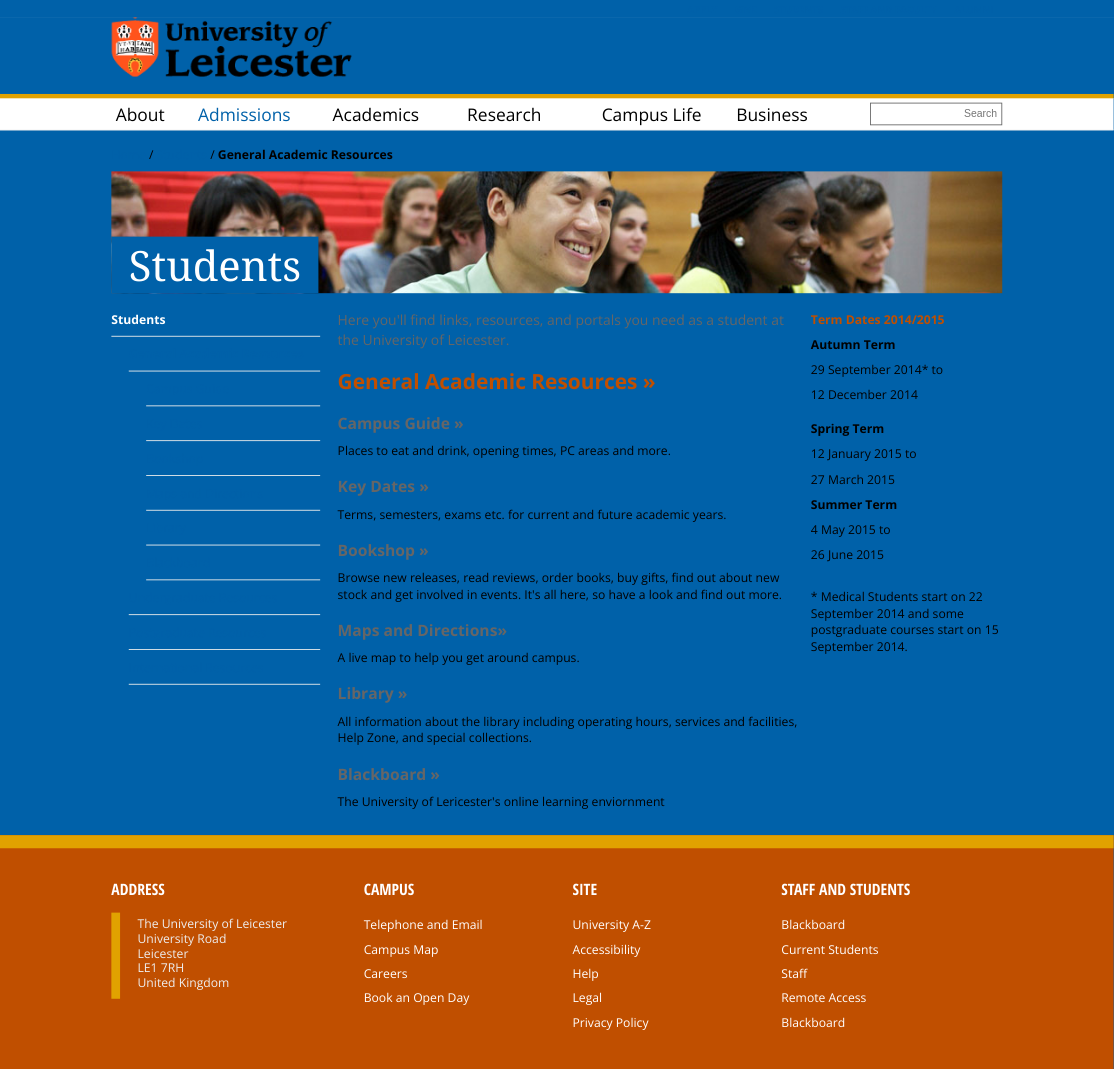
Repository: vqdo/leicester-redesign
Page: students.html
The author's editor kept a record of every edit. The page is drawn from the files as they stood at one moment, then again after the next edit.
The browser window is 1280 px wide. The pictures show the whole page, at 87% of full size.
Some web libraries are served in a nearby version.

Above is the page before.

### students.html
<!DOCTYPE html>

<html>
    <head>
        <meta charset="utf-8">
        <meta name="viewport" content="width=device-width,initial-scale=1.0">
        <title>University of Leicester</title>
        <link href='https://fonts.googleapis.com/css?family=Lora:300%7COpen+Sans+Condensed:700%7COpen+Sans:300,700' rel='stylesheet' type='text/css'>
        <link rel="stylesheet" type="text/css" href="css/master.css">
        <link rel="stylesheet" type="text/css" href="css/users.css">

        <!-- Scripts -->
        <script src="https://code.jquery.com/jquery-1.11.0.min.js"></script>
        <script src="https://code.jquery.com/ui/1.11.2/jquery-ui.min.js"></script>
    </head>
     <body>
        <header>
            <div class="logo-wrapper container">
                <a href="/"><h1 class="logo"><span>University of Leicester</span></h1></a>
            </div>

            <nav class="main-nav">
                <div class="main-nav-titles cf">
                    <div class="container">
                    <ul class="fl">
                        <li class="about-title"><a href="/">About</a></li>
                        <li><a class="active" href="/">Admissions</a></li>
                        <li><a href="/">Academics</a></li>
                        <li><a href="/">Research</a></li>
                        <li><a href="/">Campus Life</a></li>
                        <li><a href="/">Business</a></li>
                    </ul>
                    <!--<input class="searchbox-submit fr" type="submit" value="Go" />                    -->
                    <input class="searchbox fr" type="text" placeholder="Search" />
                    </div>
                </div>

                <div class="main-nav-dropdown">
                    <div class="container">
                        <div class="dropdown about-links">
                            <ul>
                                <li><a href="/">Facts</a></li>
                                <li><a href="/">Visit Us</a></li>
                            </ul>
                        </div>
                        <div class="dropdown admissions-links">
                            <ul>
                                <li><a href="/" color=blue>Undergraduate</a></li>
                                <li><a href="/">Masters</a></li>
                                <li><a href="/">PhD and Doctorate</a></li>
                                <li><a href="/">Distance Learning</a></li>
                                <li><a href="genresources.html">Tuition and Fees</a></li>
                                <li><a href="http://www2.le.ac.uk/study/open-days">Open Day Visits</a></li>
                            </ul>
                        </div>
                        <div class="dropdown academics-links">
                            <ul>
                                <li><a href="http://www2.le.ac.uk/study/ugp">Undergraduate Courses</a></li>
                                <li><a href="http://www2.le.ac.uk/study/postgrad">Postgraduate Courses</a></li>
                                <li><a href="http://www2.le.ac.uk/study/research">Research Degrees</a></li>
                                <li><a href="http://www.le.ac.uk/library">Library</a></li>

                            </ul>
                        </div>
                        <div class="dropdown research-links">
                            <ul>
                                <li><a href="http://www2.le.ac.uk/research/challenges">Global Challenges</a></li>
                                <li><a href="http://www2.le.ac.uk/research/with">Prospective Students</a></li>
                                <li><a href="http://www2.le.ac.uk/research/departmental">Departmental Research</a></li>
                                <li><a href="http://www2.le.ac.uk/research/current-research">Current Research</a></li>
                            </ul>
                        </div>
                        <div class="dropdown campuslife-links">
                            <ul>
                                <li><a href="/">Athletics & Orgs</a></li>
                                <li><a href="/">Dining & Housing</a></li>
                                <li><a href="/">Community</a></li>
                            </ul>
                        </div>
                         <div class="dropdown business-links">
                            <ul>
                                <li><a href="/">Leicester’s Expertise</a></li>
                                <li><a href="/">Consultancy and technical facilities</a></li>
                                <li><a href="/">Business collaborations</a></li>
                                <li><a href="/">Technology Transfer</a></li>
                                <li><a href="/">CPD: professional development and training</a></li>
                            </ul>
                        </div>
                    </div>
                </div>
            </nav>

            <nav class="user-type-nav">
                <ul class="container">
                    <!-- Put links in reverse order -->
                    <li class="link"><a href="/">Alumni</a></li>
                    <li class="link"><a href="/">Staff and Faculty</a></li>
                    <li class="link"><a href="genresources.html">Students</a></li>
                    <li class="link"><a href="/">Give</a></li>
                    <li class="link"><a href="/">Apply</a></li>
                </ul>
            </nav>
        </header>


        <!-- BEGIN CONTENT -->

        <div id="students" class="page-content">
            <div class="container cf">
                <div class="breadcrumbs"><a href="/">Home</a> / <a href="/">Students</a> / <strong>General Academic Resources</strong> </div>
                <h1><span class="page-title">Students</span></h1>
                <nav class="page-navigation">
                    <ul>
                        <li>
                            <h2 class="page-root-link"><a href="/">Students</a></h2>
                            <ul>
                                <li><a class="active" href="genresources.html">General Academic Resources</a></li>
                                    <ul>
                                        <li><a href="/">Campus Guide</a></li>
                                        <li><a href="/">Key Dates</a></li>
                                        <li><a href="/">Bookshop</a></li>
                                        <li><a href="/">Maps and Directions</a></li>
                                        <li><a href="/">Library</a></li>
                                        <li><a href="/">Blackboard</a></li>

                                    </ul>
                                <li><a href="ugresources.html">Undergraduate Resources</a></li>
                                <li><a href="pgresources.html">Postgraduate Resources</a></li>
                                <li><a href="/">International Resources</a></li>

                            </ul>
                        </li>
                    </ul>
                </nav>
                <div class="page-body">
                    <p class="intro">Here you'll find links, resources, and portals you need as a student at the University of Leicester.</p>
                    <h2><a href="students.html">General Academic Resources &raquo;</a></h2>
                    <h3><a href="/">Campus Guide &raquo;</a></h3>
                    <p>Places to eat and drink, opening times, PC areas and more.</p>

                    <h3><a href="/">Key Dates &raquo;</a></h3>
                        <p>Terms, semesters, exams etc. for current and future academic years.</p>

                    <h3><a href="/">Bookshop &raquo;</a></h3>
                        <p>Browse new releases, read reviews, order books, buy gifts, find out about new stock and get involved in events. It's all here, so have a look and find out more.</p>

                    <h3><a href="http://www.le.ac.uk/maps/">Maps and Directions&raquo;</a></h3>
                    <p>A live map to help you get around campus.</p>

                    <h3><a href="/">Library &raquo;</a></h3>

                    <p>All information about the library including operating hours, services and facilities, Help Zone, and special collections.</p>

                    <h3><a href="/">Blackboard &raquo;</a></h3>
                    <p>The University of Lericester's online learning enviornment</p>

                </div>
                <div class="page-sideinfo">
                    <div class="module">
                        <h2>Term Dates 2014/2015</h2>
                        <p><strong>Autumn Term</strong></p>
                        <p>29 September 2014* to
                        <p>12 December 2014</p></p>

                        <p><strong>Spring Term</strong></p>
                        <p>12 January 2015 to</p>
                        <p>27 March 2015</p>

                        <p><strong>Summer Term</strong></p>
                        <p>4 May 2015 to</p>
                        <p>26 June 2015</p>

                        <br><p>* Medical Students start on 22 September 2014 and some postgraduate courses start on 15 September 2014.</p>
                    </div>
                </div>
            </div>
        </div>

        <footer class="cf">
            <div class="container">
                <section class="footer-section large">
                    <h2>Address</h2>
                        <address>

                            The University of Leicester<br>
                            University Road<br>
                            Leicester<br>
                            LE1 7RH<br>
                            United Kingdom<br>
                        </address>
                </section>
                <section class="footer-section">
                    <h2>Campus</h2>
                    <ul>
                        <li><a href="http://www2.le.ac.uk/contact">Telephone and Email</a></li>
                        <li><a href="http://www2.le.ac.uk/maps">Campus Map</a></li>
                        <li><a href="http://www.le.ac.uk/help/access">Careers</a></li>
                        <li><a href="http://www2.le.ac.uk/study/open-days">Book an Open Day</a></li>
                    </ul>
                </section>
                <section class="footer-section">
                    <h2>Site</h2>
                    <ul>
                        <li><a href="http://www2.le.ac.uk/indexes">University A-Z</a></li>
                        <li><a href="http://www.le.ac.uk/help/access">Accessibility</a></li>
                        <li><a href="http://www.le.ac.uk/help">Help</a></li>
                        <li><a href="http://www.le.ac.uk/legal">Legal</a></li>
                        <li><a href="http://www.le.ac.uk/legal/privacy-policy">Privacy Policy</a></li>
                    </ul>
                </section>
                <section class="footer-section">
                    <h2>Staff and Students</h2>
                    <ul>
                        <li><a href="/">Blackboard</a></li>
                        <li><a href="/">Current Students</a></li>
                        <li><a href="/">Staff</a></li>
                        <li><a href="/">Remote Access</a></li>
                        <li><a href="/">Blackboard</a></li>
                    </ul>
                </section>
            </div>
        </footer>

        <script src="js/master.js"></script>
    </body>
</html>

### css/users.css
/************************************************************
 * Master css file for the University of Leicester redesign.
 * COGS 187A - Fall 2014
 * Victoria Do, Nancy Acosta, Tanya Zhang
 ************************************************************/

/**
 * CSS reset
 */
/* http://meyerweb.com/eric/tools/css/reset/
   v2.0 | 20110126
   License: none (public domain)
*/

html, body, div, span, applet, object, iframe,
h1, h2, h3, h4, h5, h6, p, blockquote, pre,
a, abbr, acronym, address, big, cite, code,
del, dfn, em, img, ins, kbd, q, s, samp,
small, strike, strong, sub, sup, tt, var,
b, u, i, center,
dl, dt, dd, ol, ul, li,
fieldset, form, label, legend,
table, caption, tbody, tfoot, thead, tr, th, td,
article, aside, canvas, details, embed,
figure, figcaption, footer, header, hgroup,
menu, nav, output, ruby, section, summary,
time, mark, audio, video {
	margin: 0;
	padding: 0;
	border: 0;
	font-size: 100%;
	font: inherit;
	vertical-align: baseline;
}
/* HTML5 display-role reset for older browsers */
article, aside, details, figcaption, figure,
footer, header, hgroup, menu, nav, section {
	display: block;
}
body {
	line-height: 1;
	font: 14px "Open Sans", Arial, sans-serif;

}
ol, ul {
	list-style: none;
}
strong {
    font-weight: bold;
}
blockquote, q {
	quotes: none;
}
blockquote:before, blockquote:after,
q:before, q:after {
	content: '';
	content: none;
}
table {
	border-collapse: collapse;
	border-spacing: 0;
}

/*********************** END RESET *************************/

/**
 * Inline / Text
 */

a {
    color:  #0061A9;
    text-decoration: none;
}
a:hover {
    text-decoration: underline;
}

/**
 * Structural / Block
 */
body {
    background: #0061A9;
}
header {
    margin: 0 0 60px 0;
}
.container {
    width: 100%;
    max-width: 1024px;
    margin: 0 auto;

}
.logo-wrapper {
    padding: 20px 0;
}
.logo {
    background: url('../img/logo-sprite.png');
    background-position: 0 205px;
    width: 276px;
    height: 68px;
}
.logo span {
    opacity: 0;
}

/**
 * Main Navigation
 */
 .searchbox {
     border: 1px solid #666;
     color: #666;
     padding: 2px 5px;
     width: 140px;
     height: 20px;
     font: normal 12px Arial, sans-serif;
     margin-top: 5px;
     text-align: right;
 }
 /*.searchbox-submit {*/
 /*    background: transparent;*/
 /*    color: #f6a04d;*/
 /*    border: 0;*/
 /*    font: bold 14px Arial, sans-serif;*/
 /*    line-height: 30px;*/
 /*}*/

.main-nav li, .user-type-nav li {
     display: inline-block;

 }
.main-nav {
    width: 100%;
    z-index: 10;
    position: absolute;
}
.main-nav-titles {
    background: #FFF /* #0061A9*/;
    background-clip: padding-box;
    border-top: 5px solid #E1A200;
    border-bottom: 1px solid #eee;
}
.main-nav-titles li {
    border-right: 1px solid rgba(255, 255, 255, 0.2);
    color: #FFF;
    /*font: normal 24px Lora, serif;*/
    height: 36px;
    text-align: left;
    width: 145px;
    padding: 0 0 0 5px;
    /*text-shadow: 0 0 1px rgba(0, 0, 0, 0.5);*/
}
.main-nav-titles a {
    color: #000;
    font-family: "Open Sans", Arial, sans-serif;
    font-size: 20px;
    line-height: 38px;
}
.main-nav-titles .active {
    color:  #0061A9;
}
.main-nav.expanded {
    margin: 0;
}
.main-nav.expanded .main-nav-titles {
    border-top: 5px #E1A200 solid;
    background: #FFF !important;
   /* border-bottom: 1px solid #CCC;*/
}
.main-nav.expanded .main-nav-titles a {
    color: #000 /*#f9423a*/ !important;
    text-shadow: none;
}
.main-nav.expanded .main-nav-titles li {
    border-right: 1px solid #eee;
}
.main-nav li:hover {
    /* TODO: main nav hover effect */
    text-decoration: underline;
}
/* adjust About column width */
.main-nav-titles .about-title {
    width: 85px;
    text-align: left;
}

/** Main navigation dropdown **/
.main-nav-dropdown {
    background: rgba(255, 255, 255, 0.9);
    box-shadow: 0 1px 2px rgba(0, 0, 0, 0.2);
    color: #333;
    display: none;
    height: 180px;
    width: 100%;
    overflow: hidden;
}
.main-nav-dropdown .container {
    height: 100%;
}
.main-nav-dropdown .dropdown {
    height: 100%;
    float: left;
    width: 134px;
    padding: 10px 10px;
}
.dropdown {
    border-right: 1px dotted #DDD;
    display: block;
    height: 100%;
}
.dropdown:last-child, .main-nav-titles li:last-child {
    border: none !important;

}
.main-nav-dropdown li {
    display: block;
    padding: 4px 0;
}
.main-nav-dropdown .about-links {
    width: 80px;
    padding: 10px 5px;
}
.main-nav-dropdown a {
    display: block;
    font: normal 12px Arial, sans-serif;
    width: 100%;
}

/*************************
 * User type navigation
 *************************/
.user-type-nav {
    position: absolute;
        top: 0;
    width: 100%;
    box-shadow: 0 0 1px rgba(255, 255, 255, 0.3);
}
.user-type-nav li {
    float: right;
    padding-right: 10px;
}
.user-type-nav li:first-child {
    padding-right: 0;
}
.user-type-nav li:hover {
    text-decoration: overline, underline;
}
.user-type-nav a {
    /*color: #FFF;*/
    text-transform: uppercase;
    font-size:11px;
    font-weight:bold;
    padding-right: 10px;


}
/*************************
 * Footer
 *************************/
 footer {
     background: #C04F00;
     border-top: 15px solid #e1a200;
     color: #FFF;
     padding: 20px 0 40px 0;
 }
 footer a {
     color: #FFF;
 }
 footer a:hover {
     text-decoration: underline;
 }
 footer address {
     border-left: 10px solid  #e1a200;
     font-size: 14px;
     line-height: 1.2;
     color: #EEE;
     padding: 5px 0 10px 20px;
     /*margin: 0 10px 20px 10px;*/
 }

 footer .address:hover {
     text-decoration: none;
 }
 footer section {
     color: #C04F00;
     font: 14px "Open Sans", Arial, sans-serif;
     float: left;
     line-height: 2;
     margin: 0 40px 0 0;
     width: 200px;
 }
 footer section.large {
     width: 250px;
 }
 footer h2 {
     /*border-bottom: 1px solid #004578;     */
     color: #FFF;
     font: 18px "Open Sans Condensed", Arial, sans-serif;
     padding: 5px 0;
     margin: 10px 0;
     text-transform: uppercase;
 }

/**
* Info page styles */
.breadcrumbs {
  /*margin: 10px 0;*/
}
.page-content {
    padding: 0 0 20px 0;
}
.page-content h1 {
  color: #FFF;
  font: normal 48px Lora, Georgia, sans-serif;
  width: 100%;
  height: 140px;
  margin: 10px 0;
  position: relative;
}
.page-title {
  background: #0061A9;
  padding: 0 20px;
  position: absolute;
      bottom: 0;
}
/***********************************
 * Side pages
 ***********************************/
.page-content p {
    padding: 0 0 10px 0;
}

/* Page Navigation */
.page-root-link a {
    color: #FFF;
    font-weight: bold;
}
.page-navigation {
  float: left;
  width: 240px;
  padding-right: 20px;
}
.page-navigation ul {
    padding: 0 0 0 20px;
}
.page-navigation ul:first-child {
    padding: 0;
}
.page-navigation li a {
    display: block;
    padding: 10px 0;
    border-bottom: 1px solid #EEE;
}
.page-navigation li a:hover {
    color: #C04F00;
}
.page-navigation a.active {
    font-weight: bold;
}

.page-navigation a:hover, p a:hover {
    text-decoration: underline;
}
/** Page body styles **/

.page-body {
  float: left;
  width: 530px;
}
.page-body h2, .page-body h3 {
    padding: 10px 0;
}
.page-body h2 {
    font: bold 24px "Open Sans", Arial, sans-serif;
}
.page-body h3 {
    font: bold 18px "Open Sans", Arial, sans-serif;

}
.page-body h2 a, .page-body h2 {
    color: #C04F00;
}
.page-body h3 a, .page-body h3 {
    color: #666;
}
.page-body .intro {
    padding-top: 10px;
    color: #666;
    font-size: 16px;
}

/**
 * Right sidebar information */

.page-sideinfo {
  float: right;
  width: 220px;
}
.page-sideinfo .module h2 {
    color: #C04F00;
    font-weight: bold;
    padding: 10px 0;
}

a.box-link {
     border: 1px solid #0061A9;
     color: #0061A9;
     font: normal 16px "Open Sans", Arial, sans-serif;
     display: inline-block;
     padding: 15px;
     margin: 10px;
}
.box-link:hover {
    background: #0061A9;
    color: #FFF;
    text-decoration: none ;
}
#tuition-and-aid h1, #tuition-and-aid-international h1 {
  background: url('../img/studentmag_finance.jpg');
  background-size: cover;
}
#tuition-and-aid-international td {
    padding: 10px;
}
#tuition-and-aid-international td:first-child {
    width: 150px;
}

#students h1{
  background: url('../img/students2.jpg');
  background-size: cover;
}
#pgstudents h1{
  background: url('../img/pgstudents.jpg');
  background-size: cover;
}



/**
 * Utility
 */
.fr {
    float: right;
}
.fl {
    float: left;
}
/**
 * For modern browsers
 * 1. The space content is one way to avoid an Opera bug when the
 *    contenteditable attribute is included anywhere else in the document.
 *    Otherwise it causes space to appear at the top and bottom of elements
 *    that are clearfixed.
 * 2. The use of `table` rather than `block` is only necessary if using
 *    `:before` to contain the top-margins of child elements.
 */
.cf:before,
.cf:after {
    content: " "; /* 1 */
    display: table; /* 2 */
}

.cf:after {
    clear: both;
}

/**
 * For IE 6/7 only
 * Include this rule to trigger hasLayout and contain floats.
 */
.cf {
    *zoom: 1;
}

Loaded but not shown: js/master.js (55 lines, source omitted); css/master.css (479 lines, source omitted)

After the next edit:
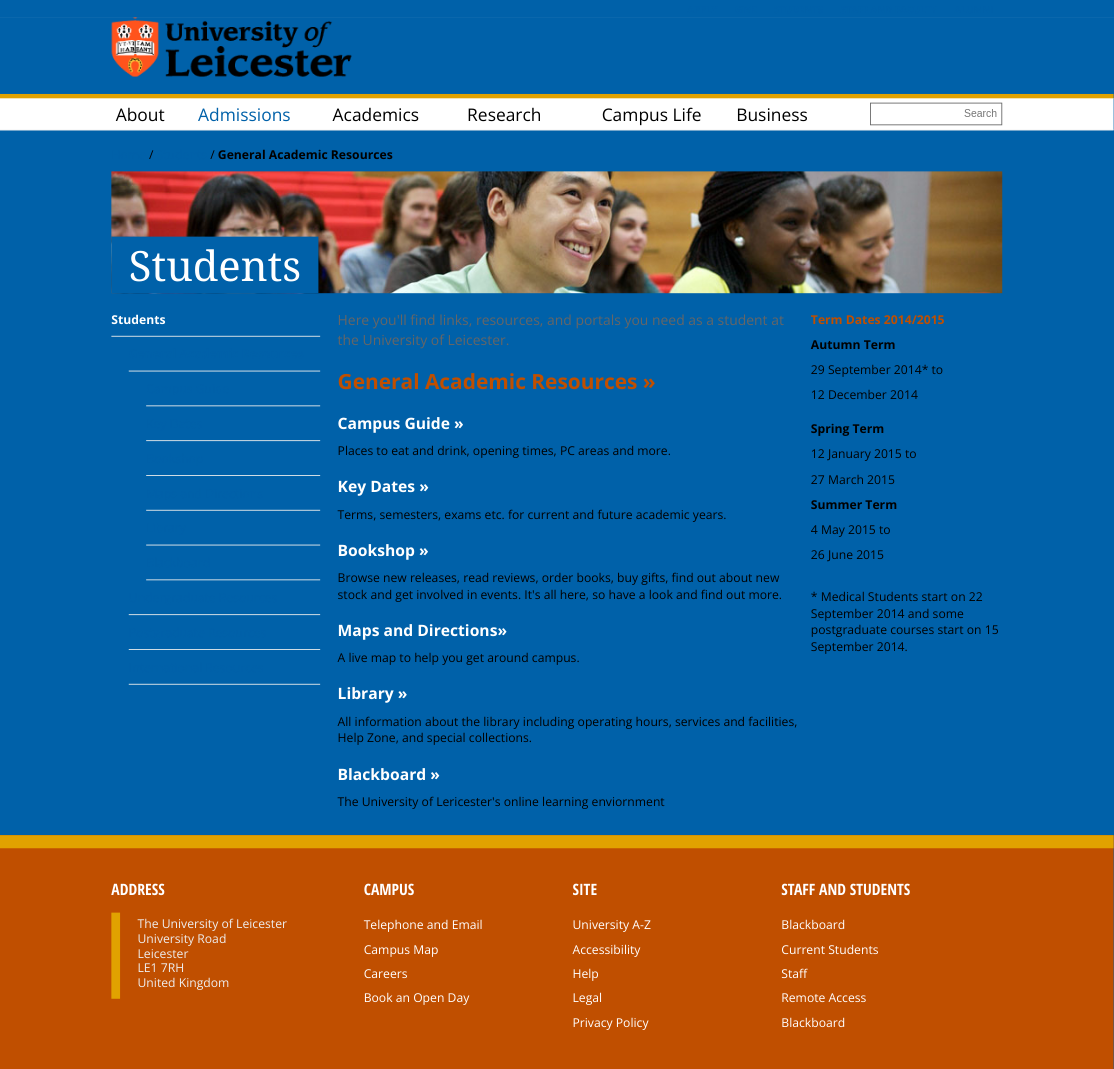
The edit:
--- a/css/users.css
+++ b/css/users.css
@@ -380,7 +380,7 @@
     color: #C04F00;
 }
 .page-body h3 a, .page-body h3 {
-    color: #666;
+    color: #fFF;
 }
 .page-body .intro {
     padding-top: 10px;
